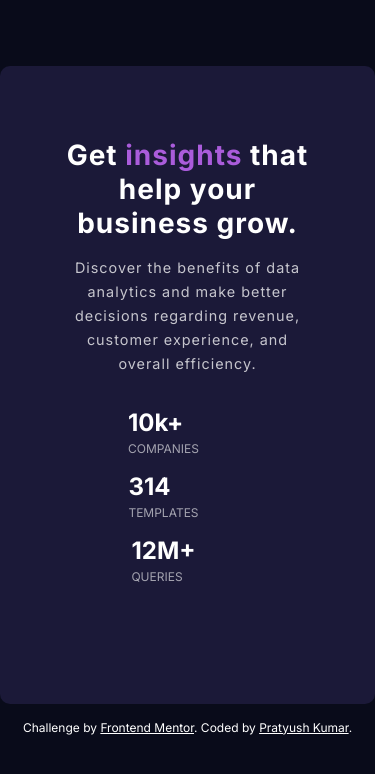
Repository: PratypartyY2K/frontendmentor-challenges
Page: stats-preview-card-component-main/index.html
An editor plug-in stored every save of this project. The page is shown before and after the next save, followed by the edit.
The browser window is 375 px wide. The pictures show the whole page.

Above is the page before, as saved 2021-07-14 02:13:05.

After the next save:
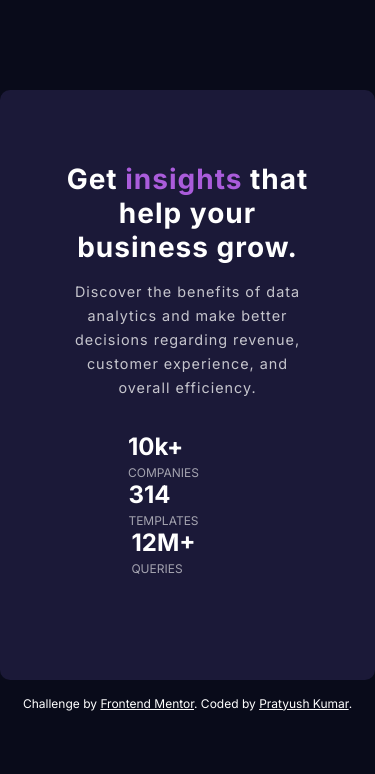
Saved 19 s later.
--- a/stats-preview-card-component-main/style.css
+++ b/stats-preview-card-component-main/style.css
@@ -121,8 +121,6 @@
         padding: 2rem 3rem 3rem 0;
     }
 
-    .stats > div {
-        margin-bottom: 1rem;
-    }
+
 
 }
